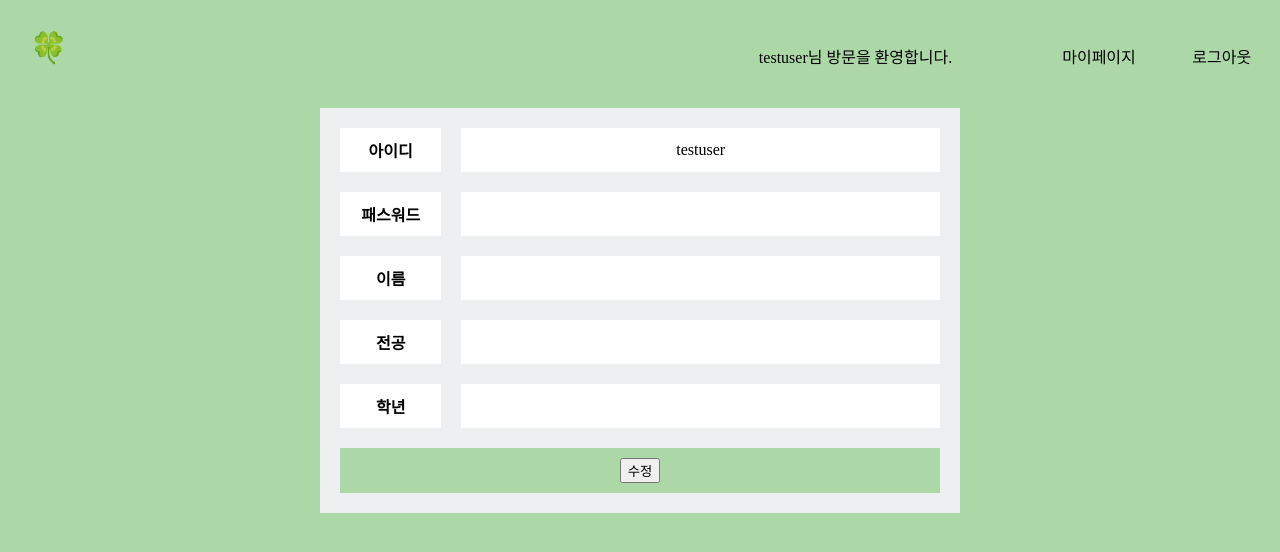
Repository: bokyung124/Enrolment_jsp
Page: http://localhost/lab/update.jsp
The author's editor kept a copy of each file at every save. The page is drawn from the files as they stood at one save, then again after the next save.
The browser window is 1280 px wide. The pictures show the whole page.
Some web fonts or font styles are not loaded; a fallback is used. The page is served by Tomcat 9. The session is filled in as if someone had signed in: {"user": "testuser"}. Queries for data that is not in the repository find no rows.

Above is the page before, as saved 2023-05-30 13:47:36.

After the next save:
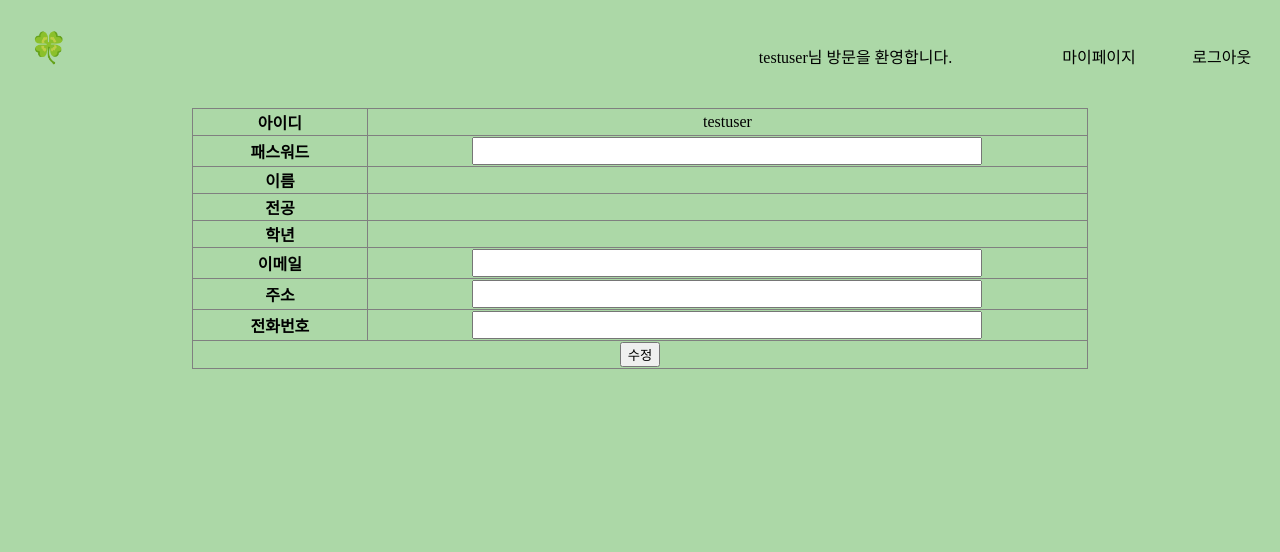
Saved 16 min 52 s later.
--- a/lab/lab/src/main/webapp/update.jsp
+++ b/lab/lab/src/main/webapp/update.jsp
@@ -17,7 +17,7 @@
 	<br>
 	<br>
 	<br>
-	<table class="mypage-table" width="50%" align="center" border>
+	<table width="70%" align="center" border>
 		<form method="post" action="update_verify.jsp">
 			<tr>
 				<td><div>
@@ -30,7 +30,7 @@
 						<b>패스워드</b>
 					</div></td>
 				<td><div>
-						<input type="text" name="userPassword" class="myPage-textField">
+						<input type="text" name="userPassword" class="editable">
 					</div></td>
 			</tr>
 			<tr>
@@ -52,7 +52,7 @@
 				<td><div name="userGrade"></div></td>
 			</tr>
 
-			<!-- <tr>
+			<tr>
 				<td><div>
 						<b>이메일</b>
 					</div></td>
@@ -68,22 +68,7 @@
 						<input type="text" name="userAddress" class="editable">
 					</div></td>
 			</tr>
-			<tr>
-				<td><div>
-						<b>거래은행명</b>
-					</div></td>
-				<td><div>
-						<input type="text" name="userBank" class="editable">
-					</div></td>
-			</tr>
-			<tr>
-				<td><div>
-						<b>계좌번호</b>
-					</div></td>
-				<td><div>
-						<input type="text" name="userAccount" class="editable">
-					</div></td>
-			</tr>
+
 			<tr>
 				<td><div>
 						<b>전화번호</b>
@@ -93,14 +78,8 @@
 					</div></td>
 			</tr>
 			<tr>
-				<td><div>
-						<b>영토발 레벨</b>
-					</div></td>
-				<td><div name="userElevel"></div></td>
-			</tr>-->
-			<tr>
 				<td colspan=2><div align="center">
-						<input class = "" type="SUBMIT" name="Submit" value="수정" class = "submit-btn">
+						<input type="SUBMIT" name="Submit" value="수정">
 					</div></td>
 			</tr>
 		</form>
@@ -110,8 +89,8 @@
 		else {
 			String driver = "oracle.jdbc.driver.OracleDriver";
 			String url = "jdbc:oracle:thin:@localhost:1521:xe";
-			String user = "kimminjoo";
-			String password = "1234";
+			String user = "leebk";
+			String password = "1124";
 			Connection myConn = null;
 			Statement stmt = null;
 			try {
@@ -123,29 +102,27 @@
 			} catch (SQLException e) {
 				System.out.println("오라클 연결 실패");
 			}
-			String mySQL = "select s_pwd, s_name, s_major, s_grade from student where s_id="
-			+ session_id + "";
+			String mySQL = "select s_pwd, s_name, s_major, s_grade, s_email, s_phone, s_address from student where s_id=" + session_id + "";
 			ResultSet rs = stmt.executeQuery(mySQL);
 			if (rs.next()) {
 				String pwd = rs.getString("s_pwd");
 				String name = rs.getString("s_name");
 				String major = rs.getString("s_major");
-				String grade = rs.getString("s_grade");
+				Integer grade = rs.getInt("s_grade");
+				String email = rs.getString("s_email");
+				String phone = rs.getString("s_phone");
+				String addr = rs.getString("s_address");
+
 		%>
-		<script>
-      document.getElementsByName("userPassword")[0].value = '<%=pwd%>';
-     <%--  document.getElementsByName("userEmail")[0].value = '<%=email%>';
-      document.getElementsByName("userAddress")[0].value = '<%=addr%>';
-      document.getElementsByName("userBank")[0].value = '<%=bank%>
-			';
-			document.getElementsByName("userAccount")[0].value = '
-		<%=account%>';
-      document.getElementsByName("userPhone")[0].value = '<%=phone%>'; --%>
-
-      document.getElementsByName("userName")[0].innerHTML = "<%=name%>";
-      document.getElementsByName("userMajor")[0].innerHTML = "<%=major%>";
-
-      </script>
+			<script>
+		      document.getElementsByName("userPassword")[0].value = '<%=pwd%>';
+		      document.getElementsByName("userName")[0].innerHTML = "<%=name%>";
+		      document.getElementsByName("userMajor")[0].innerHTML = "<%=major%>";
+		      document.getElementsByName("userGrade")[0].innerHTML = '<%=grade%>';
+		      document.getElementsByName("userEmail")[0].value = '<%=email%>';
+		      document.getElementsByName("userPhone")[0].value = '<%=phone%>';
+		      document.getElementsByName("userAddress")[0].value = '<%=addr%>';
+		      </script>
 		<%}
    else{
    }
